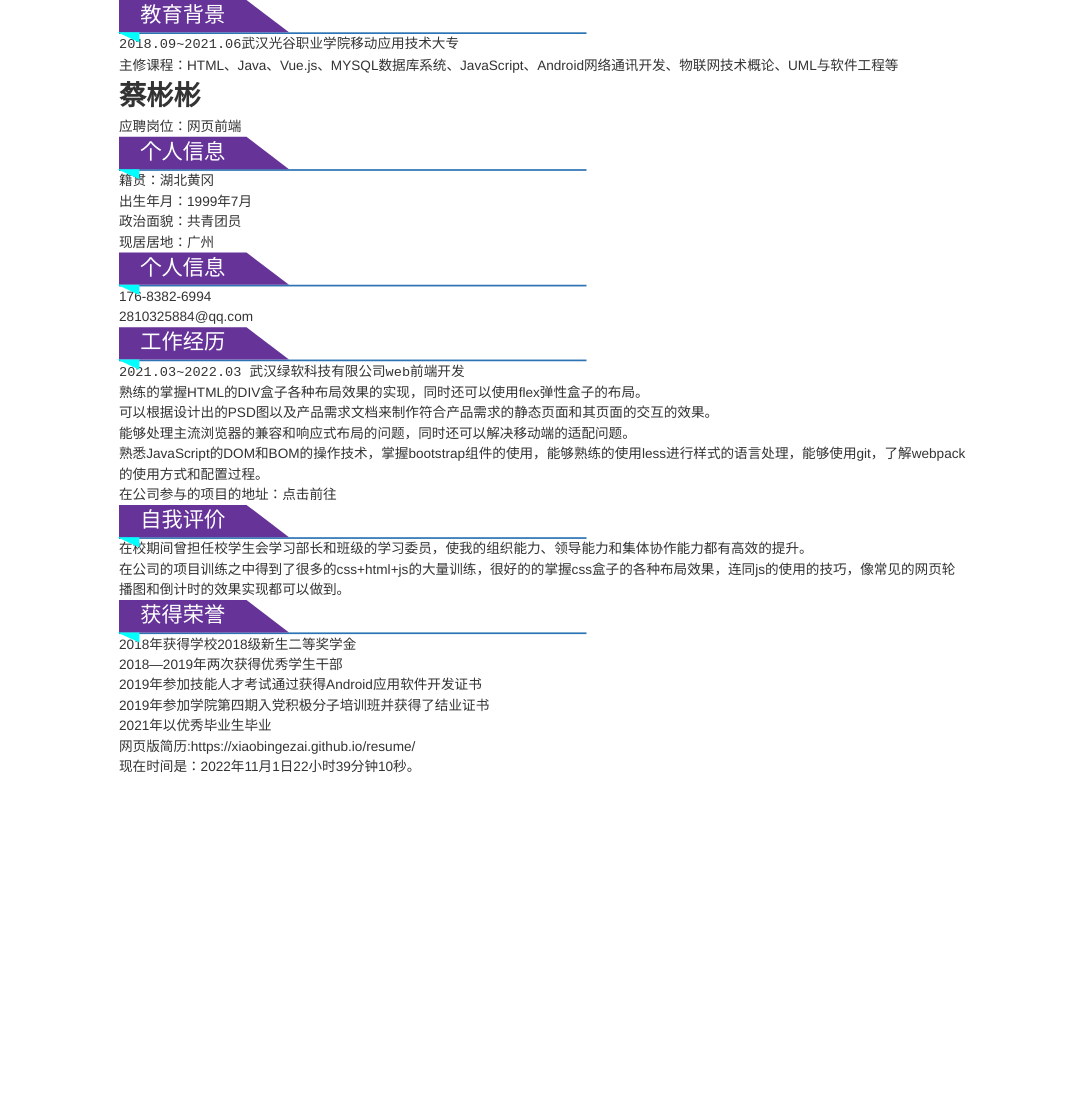
Repository: xiaobingezai/resume
Page: index.html
These files come from the project's save history. The page is drawn as it stood at one moment and after the next save; the edit follows.
The browser window is 1280 px wide. The pictures show the whole page, at 85% of full size.

Above is the page before, as saved 2022-11-02 20:48:45.

### index.html
<!DOCTYPE html>
<html lang="en">

<head>
    <meta charset="UTF-8">
    <meta http-equiv="X-UA-Compatible" content="IE=edge">
    <meta name="viewport" content="width=device-width, initial-scale=1.0">
    <title>Document</title>
    <link rel="stylesheet" href="css/index.css">
</head>

<body>
    <div class="wrapper" id="zhengTi">
        <div id="head">

            <div class="jiaoYuBeiJing">
                <div class="zhuangShiTuPian"><samp>教育背景</samp></div>
                <div class="samp1">
                    <samp>2018.09~2021.06</samp><samp>武汉光谷职业学院</samp><samp>移动应用技术</samp><samp>大专</samp>
                </div>
                <p>主修课程：HTML、Java、Vue.js、MYSQL数据库系统、JavaScript、Android网络通讯开发、物联网技术概论、UML与软件工程等</p>
            </div>
        </div>
        <div id="content" class="clearfix">
            <div class="gongZuoJingLi1">
                <div class="first">
                    <h1>蔡彬彬</h1>
                    <p>应聘岗位：网页前端</p>
                </div>
                <div class="second">
                    <div class="zhuangShiTuPian"><samp>个人信息</samp></div>
                    <ul class="ul1">
                        <li>籍贯：湖北黄冈</li>
                        <li>出生年月：1999年7月</li>
                        <li>政治面貌：共青团员</li>
                        <li>现居居地：广州</li>
                    </ul>
                </div>
                <div class="third">
                    <div class="zhuangShiTuPian"><samp>个人信息</samp></div>
                    <ul class="ul2">
                        <li>176-8382-6994</li>
                        <li>2810325884@qq.com</li>
                    </ul>
                </div>
            </div>
            <div class="gongZuoJingLi">
                <div class="zhuangShiTuPian"><samp>工作经历</samp></div>

                <ul class="gongZuoJingLi2">
                    <div class="gongZuo">
                        <samp>2021.03~2022.03 </samp><samp>武汉绿软科技有限公司</samp><samp>web前端开发</samp>
                    </div>
                    <li>熟练的掌握HTML的DIV盒子各种布局效果的实现，同时还可以使用flex弹性盒子的布局。</li>
                    <li>可以根据设计出的PSD图以及产品需求文档来制作符合产品需求的静态页面和其页面的交互的效果。</li>
                    <li>能够处理主流浏览器的兼容和响应式布局的问题，同时还可以解决移动端的适配问题。</li>
                    <li>熟悉JavaScript的DOM和BOM的操作技术，掌握bootstrap组件的使用，能够熟练的使用less进行样式的语言处理，能够使用git，了解webpack的使用方式和配置过程。</li>
                    <li>在公司参与的项目的地址：<a href="http://www.downyi.com/" target="blank">点击前往</a></li>
                </ul>
            </div>
        </div>
        <div id="tail" class="clearfix">
            <div class="diBu1">
                <div class="zhuangShiTuPian"><samp>自我评价</samp></div>
                <ul>
                    <li>在校期间曾担任校学生会学习部长和班级的学习委员，使我的组织能力、领导能力和集体协作能力都有高效的提升。</li>
                    <li>在公司的项目训练之中得到了很多的css+html+js的大量训练，很好的的掌握css盒子的各种布局效果，连同js的使用的技巧，像常见的网页轮播图和倒计时的效果实现都可以做到。</li>
                </ul>
            </div>
            <div class="diBu2">
                <div class="zhuangShiTuPian"><samp>获得荣誉</samp></div>
                <ul>
                    <li>2018年获得学校2018级新生二等奖学金</li>
                    <li>2018—2019年两次获得优秀学生干部</li>
                    <li>2019年参加技能人才考试通过获得Android应用软件开发证书</li>
                    <li>2019年参加学院第四期入党积极分子培训班并获得了结业证书</li>
                    <li>2021年以优秀毕业生毕业</li>
                </ul>
            </div>
        </div>
        <div id="jianLi">
            <p >网页版简历:<a href="https://xiaobingezai.github.io/resume/" target="blank">https://xiaobingezai.github.io/resume/</a></p>
            <div class="daoJiShi"></div>
        </div>

        <script src="./js/index.js">
        </script>
    </div>

</body>

</html>

### css/index.css
/* 清除默认样式的代码 */
/* 去除常见标签默认的 margin 和 padding */
body,
h1,
h2,
h3,
h4,
h5,
h6,
p,
ul,
ol,
li,
dl,
dt,
dd,
input {
    margin: 0;
    padding: 0;
}

/* 內减模式 */
* {
    box-sizing: border-box;
}

/* 设置网页统一的字体大小、行高、字体系列相关属性 */
body {
    font: 16px/1.5 "Helvetica Neue", Helvetica, Arial, "Microsoft Yahei",
        "Hiragino Sans GB", "Heiti SC", "WenQuanYi Micro Hei", sans-serif;
    color: #333;
}

/* 去除列表默认样式 */
ul,
ol {
    list-style: none;
}

/* 去除默认的倾斜效果 */
em,
i {
    font-style: normal;
}

/* 去除a标签默认下划线，并设置默认文字颜色 */
a {
    text-decoration: none;
    color: #333;
}

/* 设置img的垂直对齐方式为居中对齐，去除img默认下间隙 */
img {
    vertical-align: middle;
}

/* 去除input默认样式 */
input {
    border: none;
    outline: none;
    color: #333;
}

/* 左浮动 */
.fl {
    float: left;
}

/* 右浮动 */
.fr {
    float: right;
}

/* 双伪元素清除法 */
.clearfix::before,
.clearfix::after {
    content: "";
    display: table;
}

.clearfix::after {
    clear: both;
}

/* 版心居中 */
.wrapper {
    width: 1240px;
    margin: 0 auto;
}

/* 网页的整体外框 */
#zhengTi {
    width: 1000px;
    height: 1300px;
    background-color: #fff;
}

body{
    background-color: rgba(#128,#128,#128);
}

/* 装饰横条背景 */
.zhuangShiTuPian {
    position: relative;
    text-align: center;
    line-height: 40px;
    font-size: 25px;
    color: #fff;
    width: 550px;
    height: 40px;
    border-bottom: 2px solid #2d74b5;
}

.zhuangShiTuPian::after {
    content: '';
    position: absolute;
    left: -2px;

    width: 0;
    height: 0;
    border-width: 0 26px 12px 0;
    border-style: solid;
    border-color: transparent aqua;
}

.zhuangShiTuPian samp {
    display: block;
    width: 200px;
    height: 0;
    border-bottom: 38px solid rebeccapurple;
    border-right: 50px solid transparent;
}

### js/index.js
let daoJiShi = document.querySelector('.daoJiShi');
            shiJian();
            function shiJian() {
                let time = new Date();
                let nian = time.getFullYear();
                let yue = time.getMonth();
                let ri = time.getDate();
                let h = time.getHours();
                let m = time.getMinutes();
                let s = time.getSeconds();
                let dangQianShiJian = '现在时间是：' + +nian + '年' + (yue + 1) + '月' + ri + '日' + h + '小时' + m + '分钟' + s + '秒' +
                    '。';
                daoJiShi.innerHTML = dangQianShiJian;
            }
            setInterval('shiJian()', 1000);

After the next save:
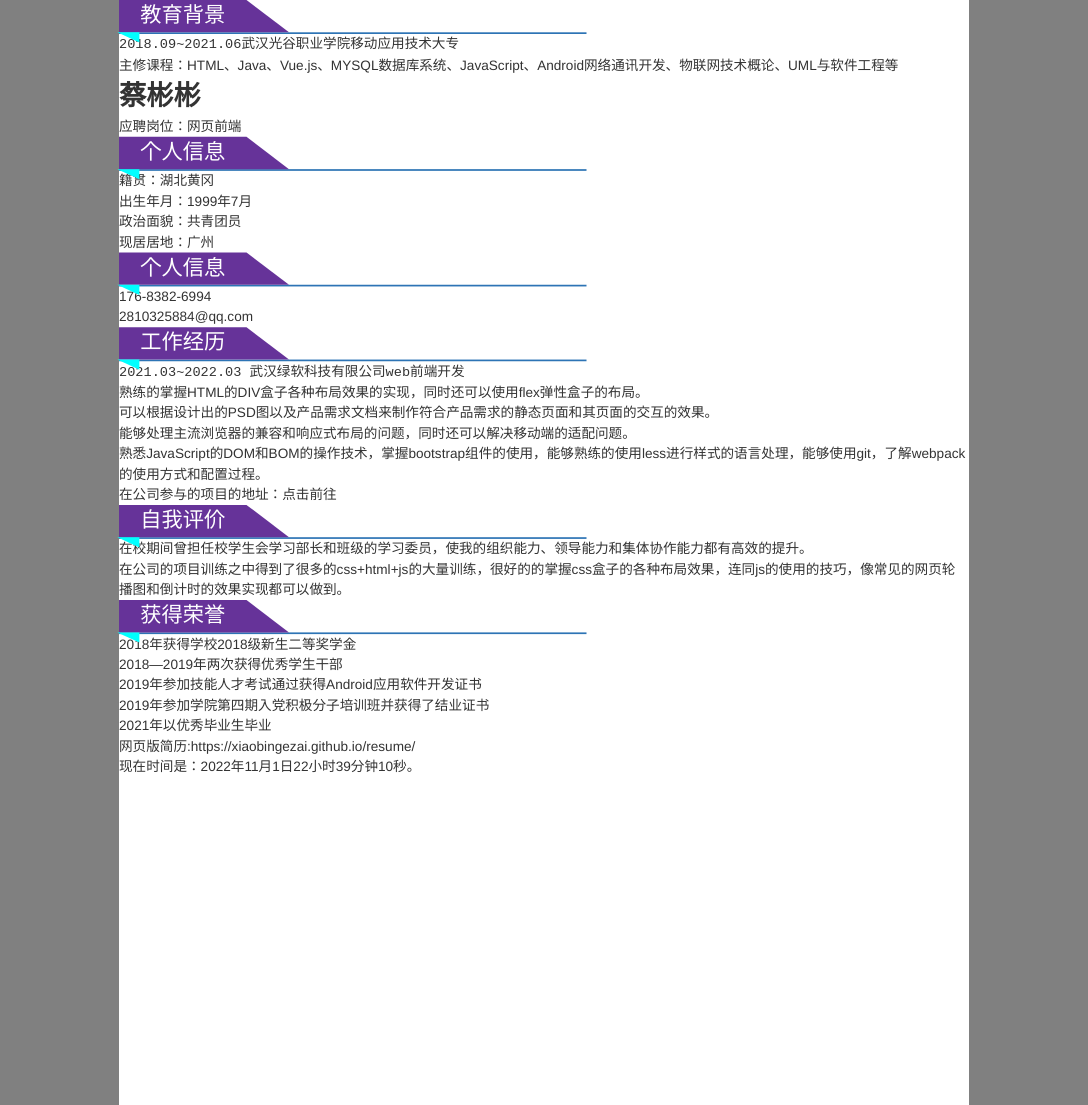
Saved 56 s later.
--- a/css/index.css
+++ b/css/index.css
@@ -96,7 +96,7 @@ input {
 }
 
 body{
-    background-color: rgba(#128,#128,#128);
+    background-color: rgba(128, 128,128);
 }
 
 /* 装饰横条背景 */
